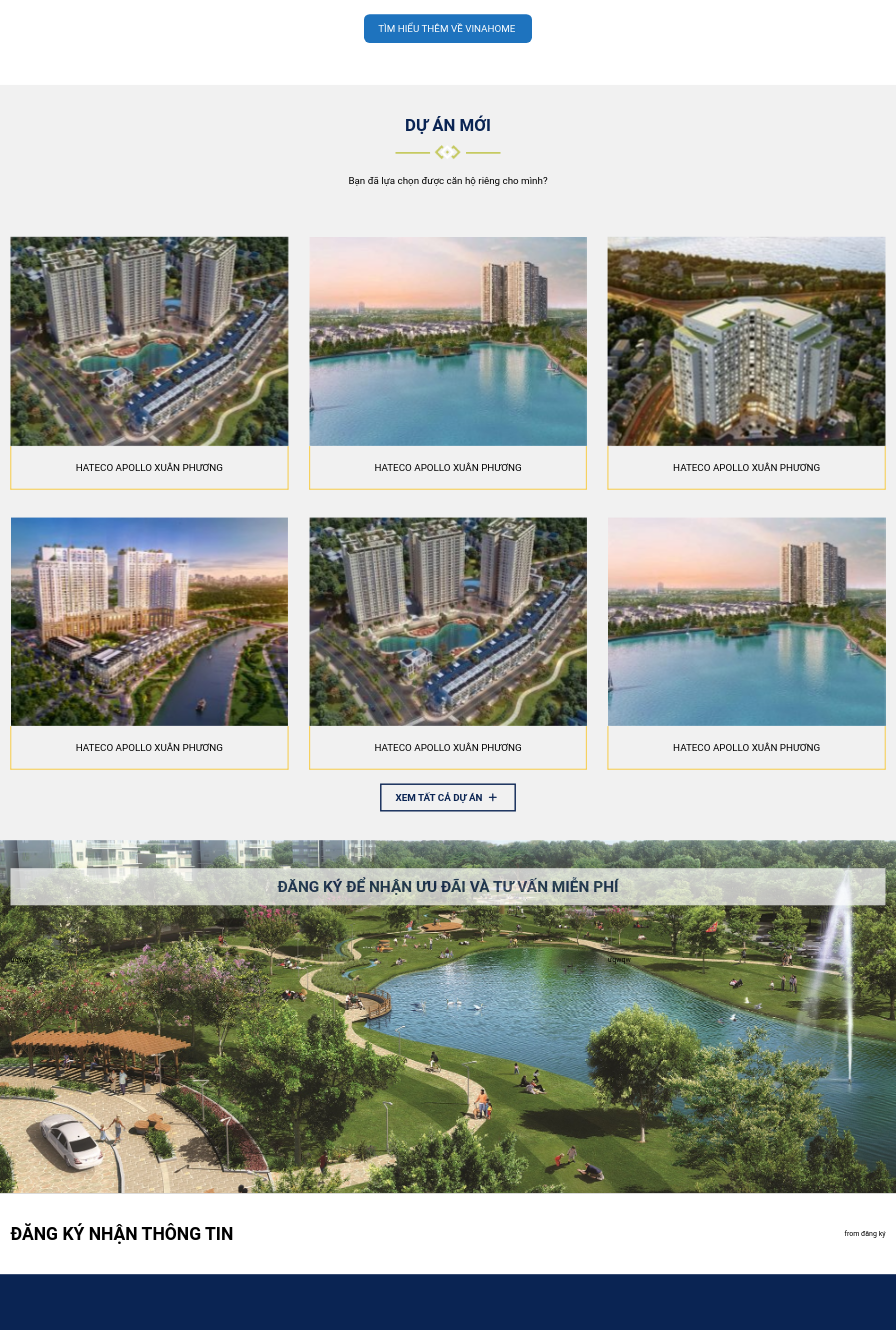
Repository: phamphuc2/fontend-bds
Page: index.html
These files come from the project's save history. The page is drawn as it stood at one moment and after the next save; the edit follows.
The browser window is 1280 px wide. The pictures show the part of the page from y = 1046 to 2946 px (the page is 3409 px tall), at 70% of full size.
A picture or video elsewhere on the page could not be fetched, so the positions and the page height are approximate. Backgrounds fixed to the window are drawn as part of the page. Some web libraries are served in a nearby version.

Above is the page before, as saved 2022-06-08 16:52:53.

After the next save:
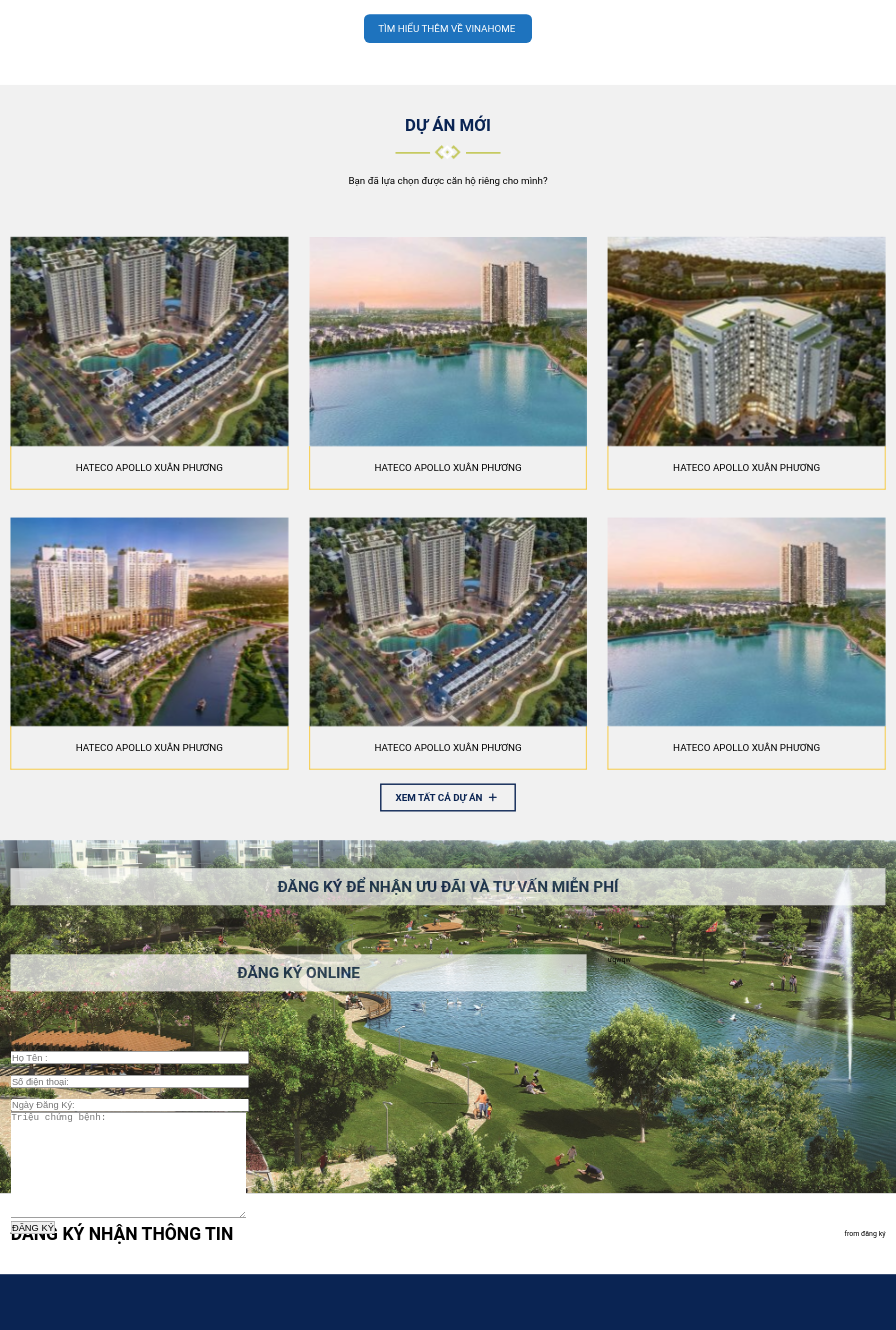
Saved 60 s later.
--- a/index.html
+++ b/index.html
@@ -301,7 +301,49 @@
 
                 </div>
                 <div class="col-lg-8">
-                    ưqwqw
+                    <div class="widget-form">
+                        <h2 class="title">ĐĂNG KÝ ONLINE</h2>
+                        <div role="form" class="wpcf7" id="wpcf7-f80-o1" lang="en-US" dir="ltr">
+                            <form action="" class="wpcf7-form init">
+                                <div class="form-group">
+                                    <i></i><br>
+                                    <span class="wpcf7-form-control-wrap your-name"><input type="text" name="your-name"
+                                            value="" size="40"
+                                            class="wpcf7-form-control wpcf7-text wpcf7-validates-as-required"
+                                            aria-required="true" aria-invalid="false" placeholder="Họ Tên :"></span>
+                                </div>
+                                <div class="form-group">
+                                    <i></i><br>
+                                    <span class="wpcf7-form-control-wrap your-name"><input type="text" name="your-name"
+                                            value="" size="40"
+                                            class="wpcf7-form-control wpcf7-text wpcf7-validates-as-required"
+                                            aria-required="true" aria-invalid="false"
+                                            placeholder="Số điện thoại:"></span>
+                                </div>
+                                <div class="form-group">
+                                    <i></i><br>
+                                    <span class="wpcf7-form-control-wrap your-name"><input type="text" name="your-name"
+                                            value="" size="40"
+                                            class="wpcf7-form-control wpcf7-text wpcf7-validates-as-required"
+                                            aria-required="true" aria-invalid="false"
+                                            placeholder="Ngày Đăng Ký:"></span>
+                                </div>
+                                <div class="form-group">
+                                    <span class="wpcf7-form-control-wrap your-title"><textarea name="your-title"
+                                            cols="40" rows="10"
+                                            class="wpcf7-form-control wpcf7-textarea wpcf7-validates-as-required"
+                                            aria-required="true" aria-invalid="false"
+                                            placeholder="Triệu chứng bệnh:"></textarea></span>
+                                </div>
+                                <div class="btn-submit">
+                                    <input type="submit" value="ĐĂNG KÝ"
+                                        class="wpcf7-form-control has-spinner wpcf7-submit"><span
+                                        class="wpcf7-spinner"></span>
+                                </div>
+                                <div class="wpcf7-response-output" aria-hidden="true"></div>
+                            </form>
+                        </div>
+                    </div>
                 </div>
                 <div class="col-lg-4">
                     ưqwqw
